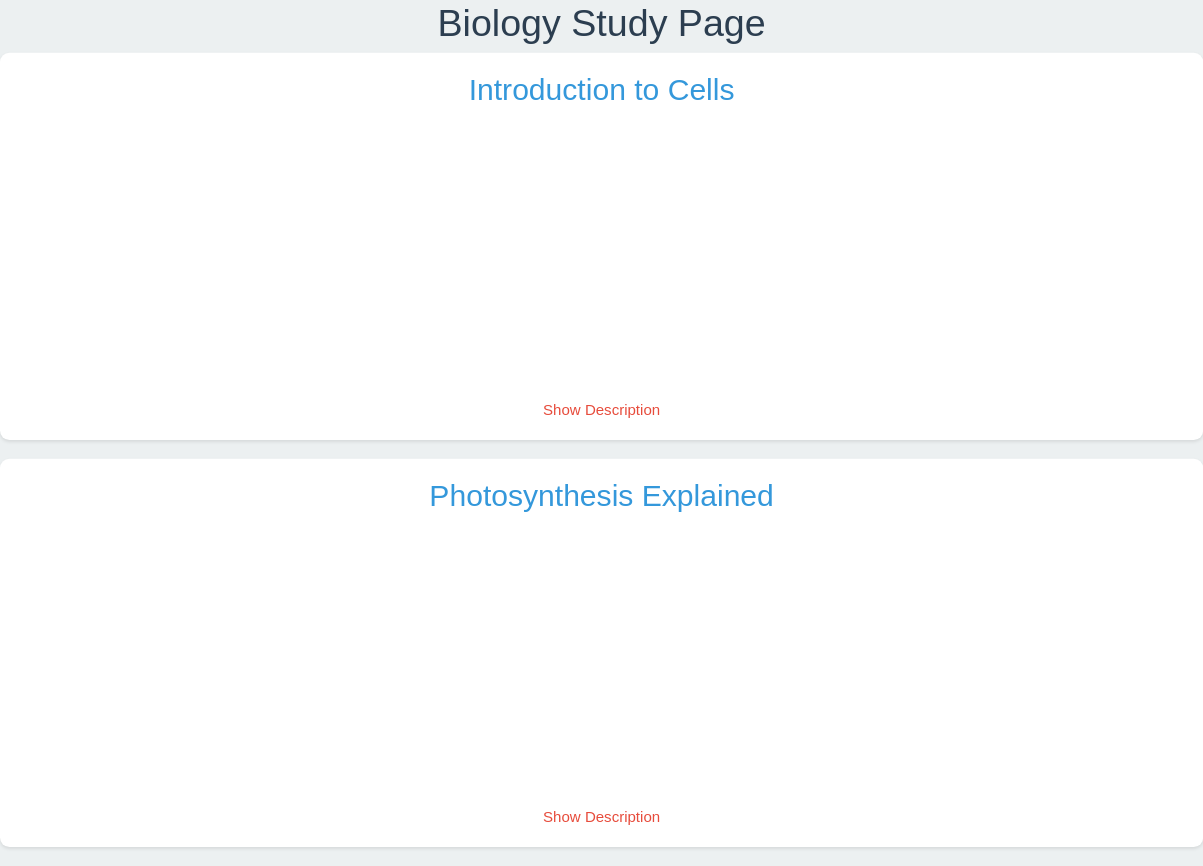
Repository: krmvz/BEMath.kg
Page: /bio
These files come from the project's save history. The page is drawn as it stood at one moment and after the next save; the edit follows.
The browser window is 1280 px wide. The pictures show the whole page, at 94% of full size.
The project was rebuilt for these pictures with package versions that can differ from the ones it lists, and the page was loaded fresh each time. Also part of the build but not shown: src/firebase.js, src/components/auth/sign.scss, src/components/auth/SignIn.jsx, src/components/auth/SignUp.jsx, src/components/AuthDetails.jsx, src/components/dashboard/Dashboard.jsx.

Above is the page before, as saved 2023-12-18 21:17:48.

After the next save:
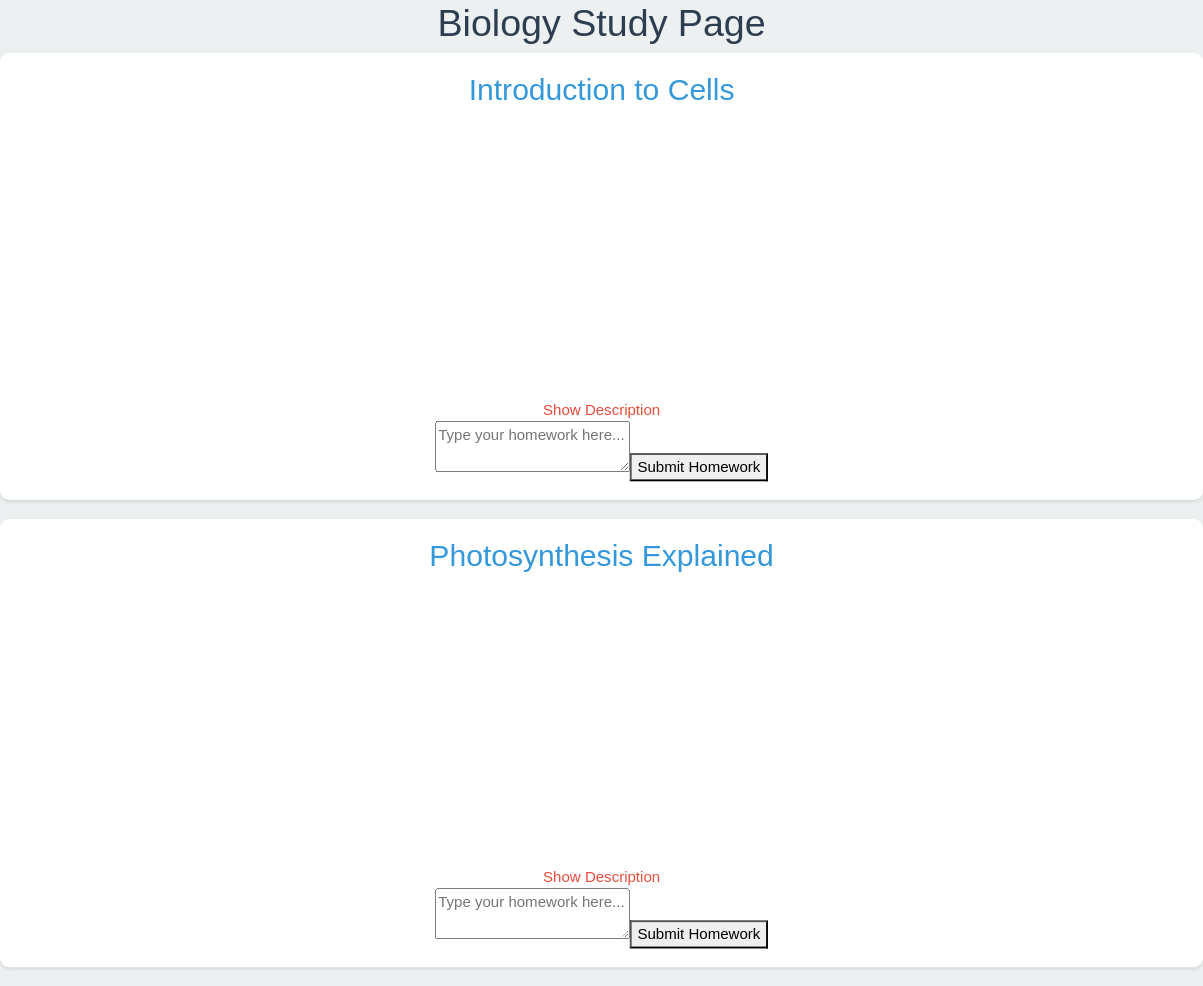
Saved 6 min 38 s later.
--- a/src/components/Biology/biology.jsx
+++ b/src/components/Biology/biology.jsx
@@ -6,6 +6,8 @@ import ReactPlayer from 'react-player';
 
 const Biology = () => {
   const [showDescription, setShowDescription] = useState(false);
+  const [homework, setHomework] = useState('');
+  const [submittedHomework, setSubmittedHomework] = useState(null);
 
   const biologyVideos = [
     { id: 1, url: 'https://www.youtube.com/watch?v=8IlzKri08kk', title: 'Introduction to Cells', description: 'A comprehensive introduction to the structure and function of cells.' },
@@ -15,6 +17,16 @@ const Biology = () => {
 
   const toggleDescription = () => {
     setShowDescription(!showDescription);
+  };
+
+  const handleHomeworkChange = (event) => {
+    setHomework(event.target.value);
+  };
+
+  const handleSubmitHomework = (videoTitle) => {
+    // Handle the submission of homework (you can send it to a server or store it locally)
+    setSubmittedHomework(`Homework for "${videoTitle}": ${homework}`);
+    setHomework('');
   };
 
   return (
@@ -36,6 +48,17 @@ const Biology = () => {
             <div className="description-toggle" onClick={toggleDescription}>
               {showDescription ? 'Hide Description' : 'Show Description'}
             </div>
+
+            {/* Homework Section */}
+            <div className="homework-section">
+              <textarea
+                placeholder="Type your homework here..."
+                value={homework}
+                onChange={handleHomeworkChange}
+              />
+              <button onClick={() => handleSubmitHomework(video.title)}>Submit Homework</button>
+              {submittedHomework && <p className="submitted-homework">{submittedHomework}</p>}
+            </div>
           </div>
         ))}
       </div>
